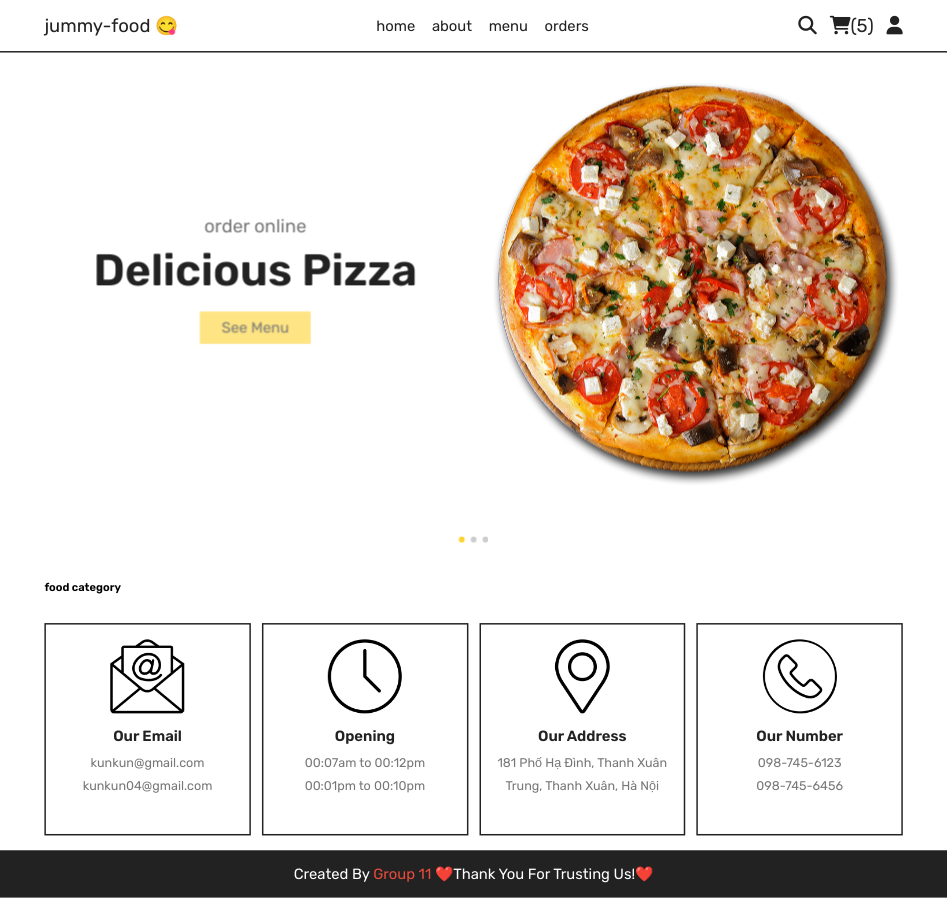
Repository: VuongLinhDinh/jummy_food
Page: home.html
An editor plug-in stored every save of this project. The page is shown before and after the next save, followed by the edit.
The browser window is 1280 px wide. The pictures show the whole page, at 74% of full size.
Some web libraries are served in a nearby version.

Above is the page before, as saved 2023-11-07 22:55:47.

After the next save:
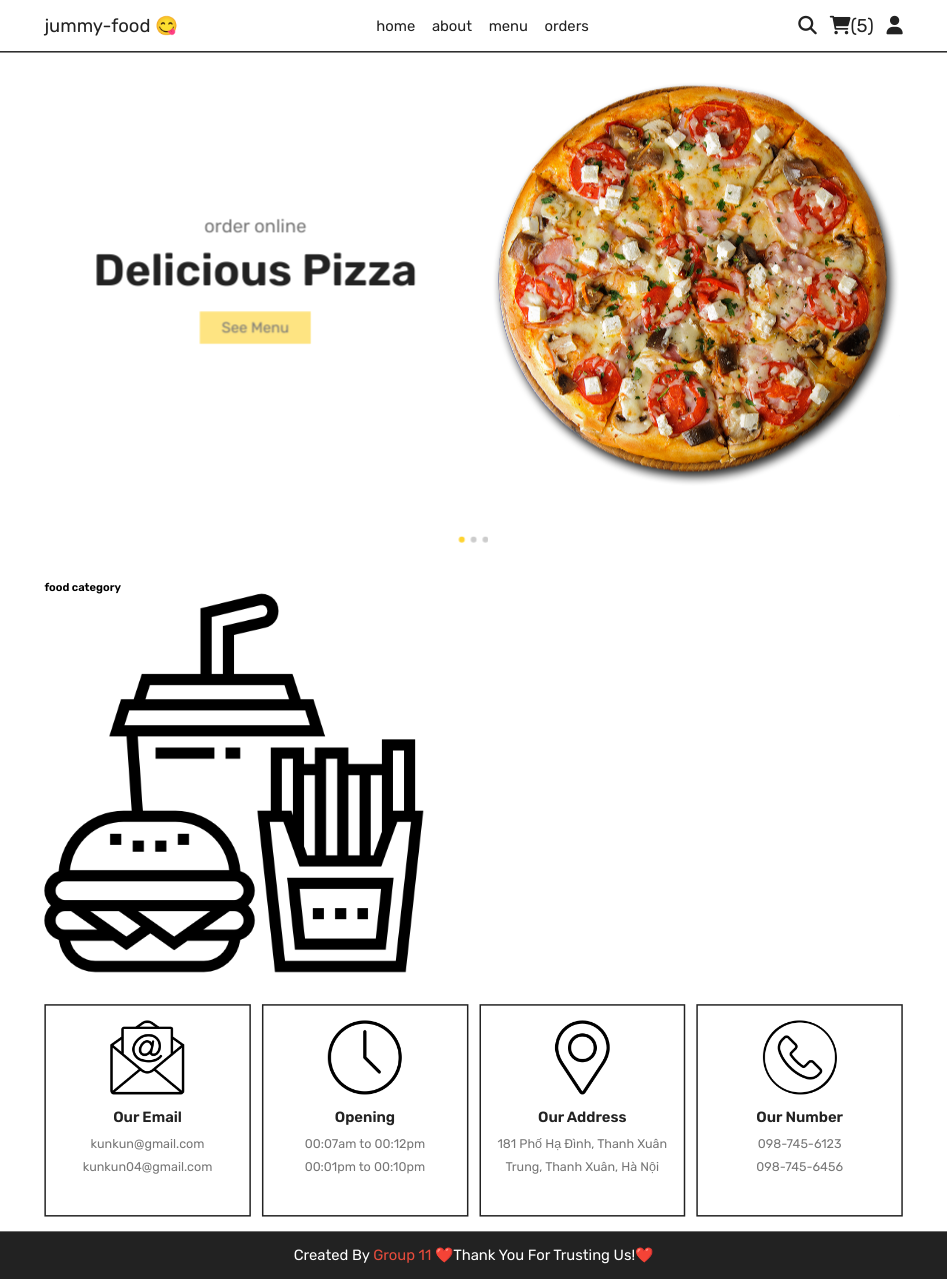
Saved 24 s later.
--- a/home.html
+++ b/home.html
@@ -85,7 +85,9 @@
     <section class="category">
         <h1 class="title">food category</h1>
         <div class="box-container">
-
+            <div class="box">
+                <img src="images/cat-1.png" alt="">
+            </div>
         </div>
     </section>
     <!-- category section end  -->
